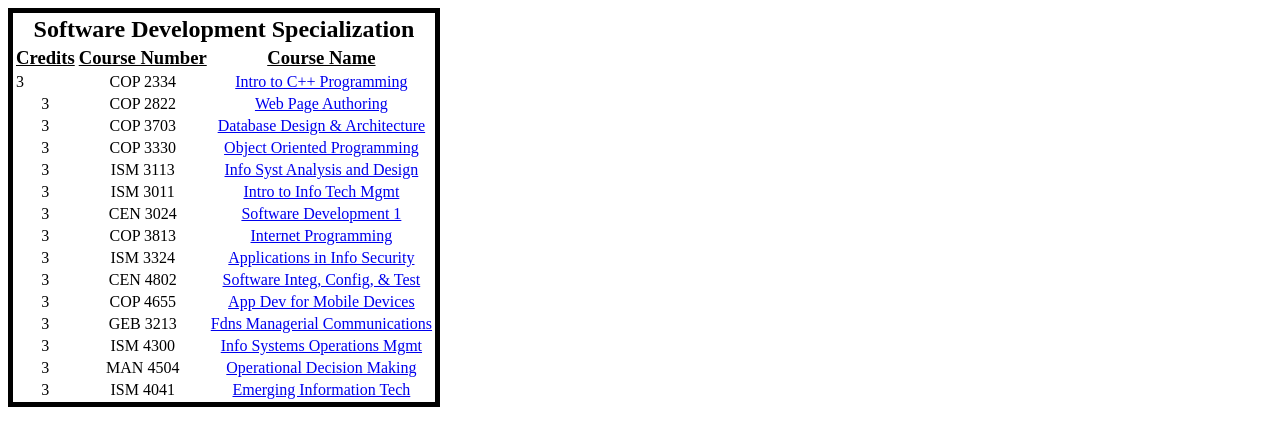
Repository: mlmEFSC21/P5-DegreeTableStyling
Page: FormattedProgramSpecialization1.html
An editor plug-in stored every save of this project. The page is shown before and after the next save, followed by the edit.
The browser window is 1280 px wide. The pictures show the whole page.
Some web fonts or font styles are not loaded; a fallback is used.

Above is the page before, as saved 2022-02-07 16:09:51.

### FormattedProgramSpecialization1.html
<!DOCTYPE html>
<html lang="en">
    <head>
        <meta charset="UTF-8" />
        <meta http-equiv="X-UA-Compatible" content="IE=edge" />
        <meta name="viewport" content="width=device-width, initial-scale=1.0" />
        <link rel="preconnect" href="https://fonts.googleapis.com" />
        <link rel="preconnect" href="https://fonts.gstatic.com" crossorigin />
        <link
            href="https://fonts.googleapis.com/css2?family=Spectral:wght@300&display=swap"
            rel="stylesheet"
        />
        <title>Degree Specialization Table</title>
    </head>
    <body>
        <table style="border: 5px solid black; text-align: center">
            <thead>
                <tr>
                    <th colspan="3" style="font-size: 18pt; font-weight: bold">
                        Software Development Specialization
                    </th>
                </tr>
                <tr style="font-size: 14pt; text-decoration: underline">
                    <th>Credits</th>
                    <th>Course Number</th>
                    <th>Course Name</th>
                </tr>
            </thead>
            <tbody>
                <tr>
                    <td style="font-size: 12pt; text-align: left">3</td>
                    <td>COP 2334</td>
                    <td>
                        <a
                            href="https://bannerweb.easternflorida.edu/prod/bwckctlg.p_disp_course_detail?cat_term_in=202210&subj_code_in=COP&crse_numb_in=2334"
                            >Intro to C++ Programming</a
                        >
                    </td>
                </tr>
                <tr>
                    <td>3</td>
                    <td>COP 2822</td>
                    <td>
                        <a
                            href="https://bannerweb.easternflorida.edu/prod/bwckctlg.p_disp_course_detail?cat_term_in=202210&subj_code_in=COP&crse_numb_in=2822"
                            >Web Page Authoring</a
                        >
                    </td>
                </tr>
                <tr>
                    <td>3</td>
                    <td>COP 3703</td>
                    <td>
                        <a
                            href="https://bannerweb.easternflorida.edu/prod/bwckctlg.p_disp_course_detail?cat_term_in=202210&subj_code_in=COP&crse_numb_in=3703"
                            >Database Design & Architecture</a
                        >
                    </td>
                </tr>
                <tr>
                    <td>3</td>
                    <td>COP 3330</td>
                    <td>
                        <a
                            href="https://bannerweb.easternflorida.edu/prod/bwckctlg.p_disp_course_detail?cat_term_in=202210&subj_code_in=COP&crse_numb_in=3330"
                            >Object Oriented Programming</a
                        >
                    </td>
                </tr>
                <tr>
                    <td>3</td>
                    <td>ISM 3113</td>
                    <td>
                        <a
                            href="https://bannerweb.easternflorida.edu/prod/bwckctlg.p_disp_course_detail?cat_term_in=202210&subj_code_in=ISM&crse_numb_in=3113"
                            >Info Syst Analysis and Design</a
                        >
                    </td>
                </tr>
                <tr>
                    <td>3</td>
                    <td>ISM 3011</td>
                    <td>
                        <a
                            href="https://bannerweb.easternflorida.edu/prod/bwckctlg.p_disp_course_detail?cat_term_in=202210&subj_code_in=ISM&crse_numb_in=3011"
                            >Intro to Info Tech Mgmt</a
                        >
                    </td>
                </tr>
                <tr>
                    <td>3</td>
                    <td>CEN 3024</td>
                    <td>
                        <a
                            href="https://bannerweb.easternflorida.edu/prod/bwckctlg.p_disp_course_detail?cat_term_in=202210&subj_code_in=CEN&crse_numb_in=3024"
                            >Software Development 1</a
                        >
                    </td>
                </tr>
                <tr>
                    <td>3</td>
                    <td>COP 3813</td>
                    <td>
                        <a
                            href="https://bannerweb.easternflorida.edu/prod/bwckctlg.p_disp_course_detail?cat_term_in=202210&subj_code_in=COP&crse_numb_in=3813"
                            >Internet Programming</a
                        >
                    </td>
                </tr>
                <tr>
                    <td>3</td>
                    <td>ISM 3324</td>
                    <td>
                        <a
                            href="https://bannerweb.easternflorida.edu/prod/bwckctlg.p_disp_course_detail?cat_term_in=202210&subj_code_in=ISM&crse_numb_in=3324"
                            >Applications in Info Security</a
                        >
                    </td>
                </tr>
                <tr>
                    <td>3</td>
                    <td>CEN 4802</td>
                    <td>
                        <a
                            href="https://bannerweb.easternflorida.edu/prod/bwckctlg.p_disp_course_detail?cat_term_in=202210&subj_code_in=CEN&crse_numb_in=4802"
                            >Software Integ, Config, & Test</a
                        >
                    </td>
                </tr>
                <tr>
                    <td>3</td>
                    <td>COP 4655</td>
                    <td>
                        <a
                            href="https://bannerweb.easternflorida.edu/prod/bwckctlg.p_disp_course_detail?cat_term_in=202210&subj_code_in=COP&crse_numb_in=4655"
                            >App Dev for Mobile Devices</a
                        >
                    </td>
                </tr>
                <tr>
                    <td>3</td>
                    <td>GEB 3213</td>
                    <td>
                        <a
                            href="https://bannerweb.easternflorida.edu/prod/bwckctlg.p_disp_course_detail?cat_term_in=202210&subj_code_in=GEB&crse_numb_in=3213"
                            >Fdns Managerial Communications</a
                        >
                    </td>
                </tr>
                <tr>
                    <td>3</td>
                    <td>ISM 4300</td>
                    <td>
                        <a
                            href="https://bannerweb.easternflorida.edu/prod/bwckctlg.p_disp_course_detail?cat_term_in=202210&subj_code_in=ISM&crse_numb_in=4300"
                            >Info Systems Operations Mgmt</a
                        >
                    </td>
                </tr>
                <tr>
                    <td>3</td>
                    <td>MAN 4504</td>
                    <td>
                        <a
                            href="https://bannerweb.easternflorida.edu/prod/bwckctlg.p_disp_course_detail?cat_term_in=202210&subj_code_in=MAN&crse_numb_in=4504"
                            >Operational Decision Making</a
                        >
                    </td>
                </tr>
                <tr>
                    <td>3</td>
                    <td>ISM 4041</td>
                    <td>
                        <a
                            href="https://bannerweb.easternflorida.edu/prod/bwckctlg.p_disp_course_detail?cat_term_in=202210&subj_code_in=ISM&crse_numb_in=4041"
                            >Emerging Information Tech</a
                        >
                    </td>
                </tr>
            </tbody>
        </table>
    </body>
</html>

After the next save:
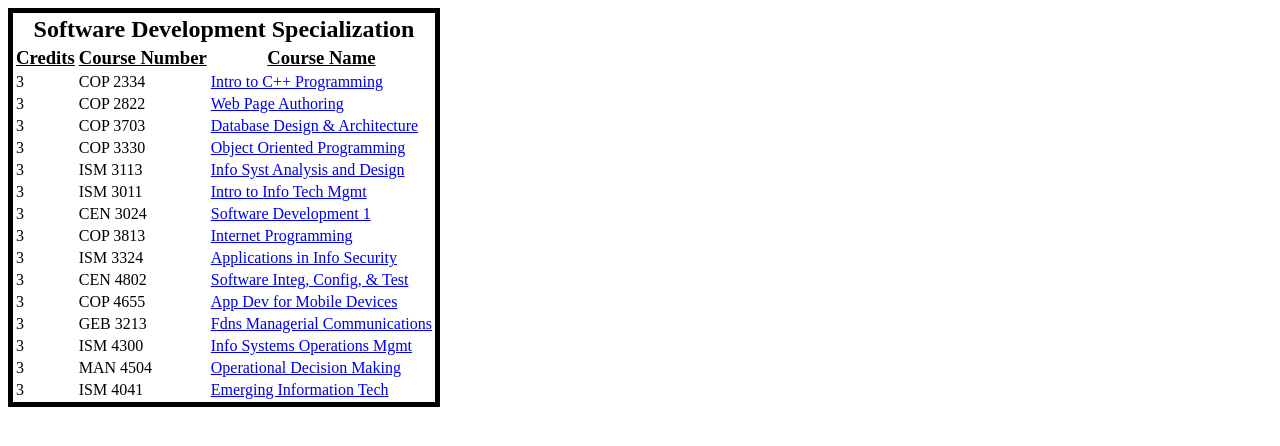
Saved 11 s later.
--- a/FormattedProgramSpecialization1.html
+++ b/FormattedProgramSpecialization1.html
@@ -26,9 +26,9 @@
                     <th>Course Name</th>
                 </tr>
             </thead>
-            <tbody>
+            <tbody style="font-size: 12pt; text-align: left">
                 <tr>
-                    <td style="font-size: 12pt; text-align: left">3</td>
+                    <td>3</td>
                     <td>COP 2334</td>
                     <td>
                         <a
